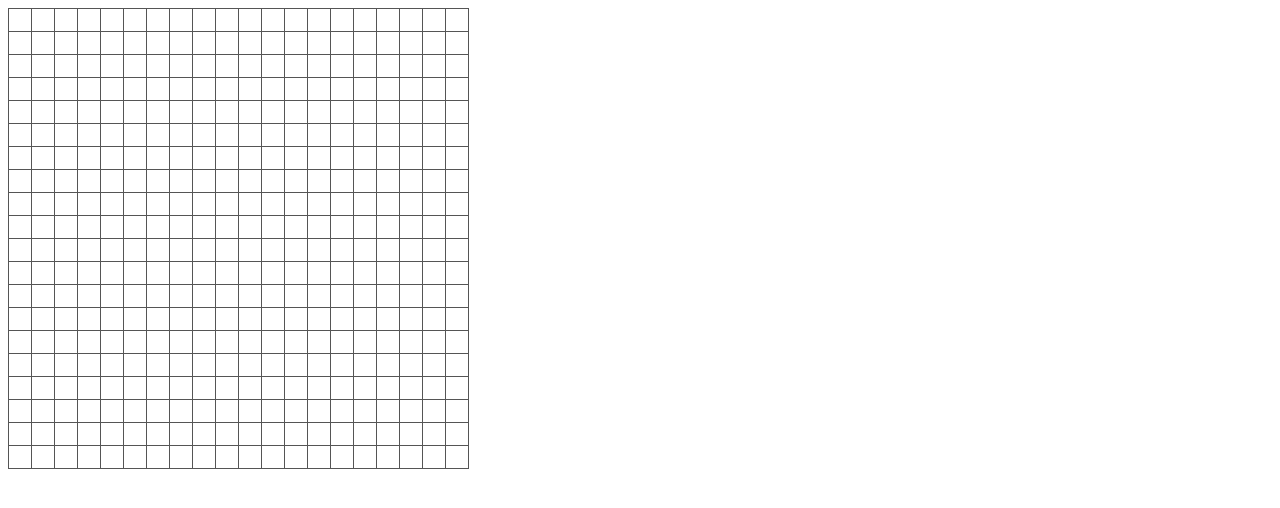
Repository: ycsheng/Games
Page: 01_snake/index.html
An editor plug-in stored every save of this project. The page is shown before and after the next save, followed by the edit.
The browser window is 1280 px wide. The pictures show the whole page.

Above is the page before, as saved 2021-09-18 10:15:34.

After the next save:
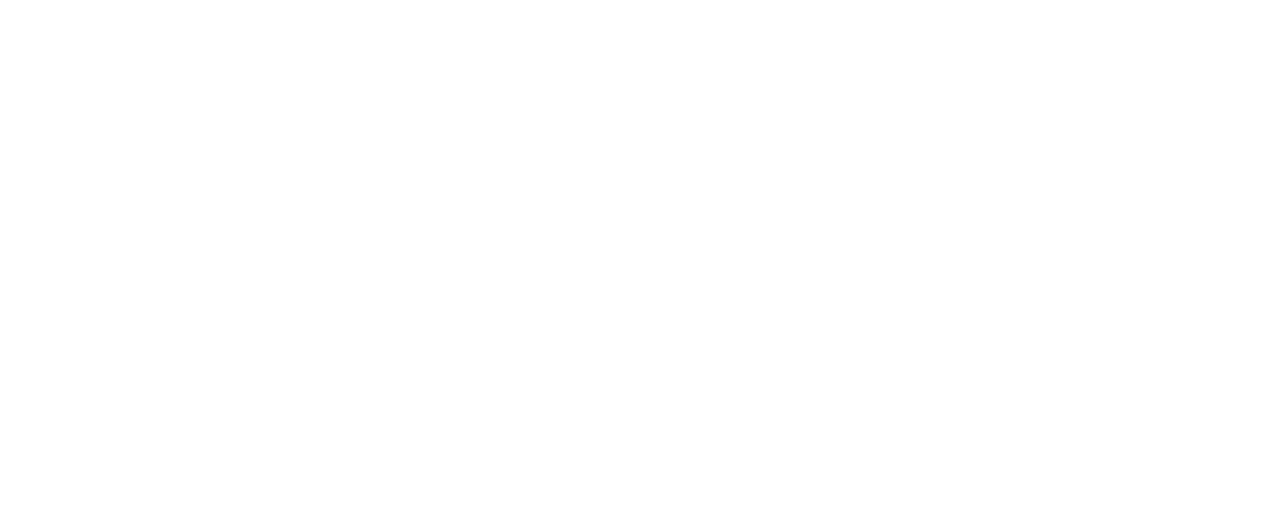
Saved 4 s later.
--- a/01_snake/index.html
+++ b/01_snake/index.html
@@ -13,7 +13,7 @@
     td {
       width: 20px;
       height: 20px;
-      border: 1px solid #555;
+      /* border: 1px solid #555; */
     }
   </style>
 </head>

After the save that followed:
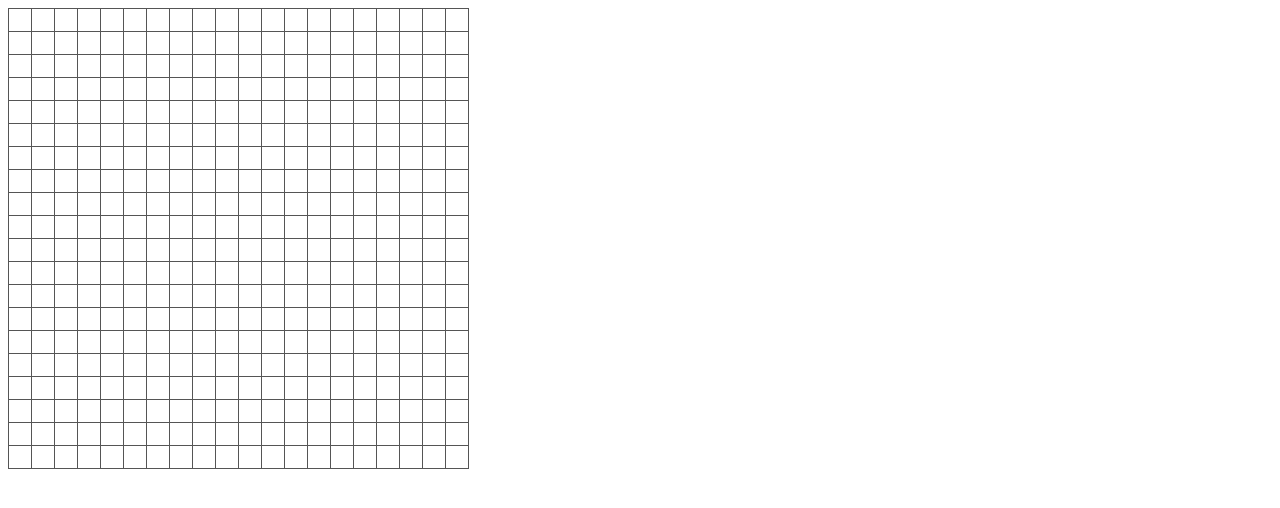
Saved 4 s later.
--- a/01_snake/index.html
+++ b/01_snake/index.html
@@ -13,7 +13,7 @@
     td {
       width: 20px;
       height: 20px;
-      /* border: 1px solid #555; */
+      border: 1px solid #555;
     }
   </style>
 </head>
